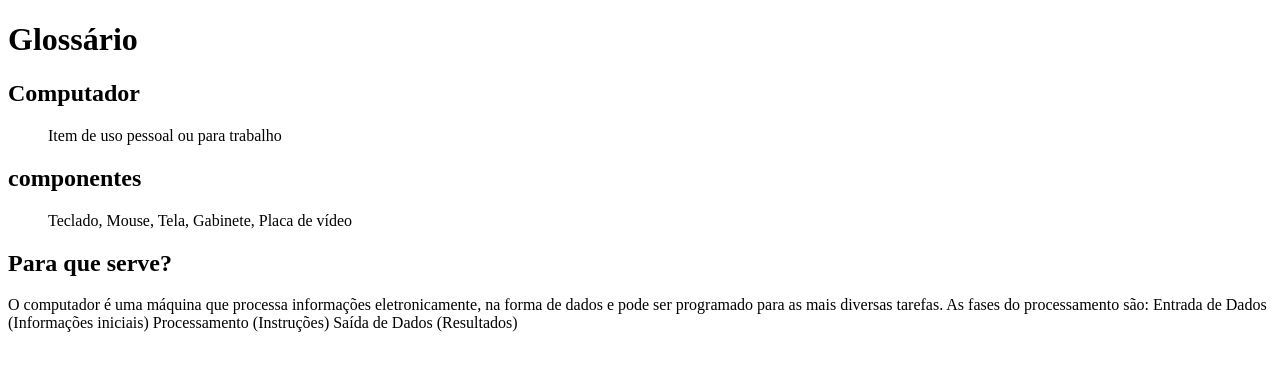
Repository: RenatoCCS/Mais1Code
Page: Rocketseat/Fundamentar/01 - O guia estelar de HTML/Desafios/1_Glossario/glossary.html
An editor plug-in stored every save of this project. The page is shown before and after a run of saves, followed by the edit.
The browser window is 1280 px wide. The pictures show the whole page.

Above is the page before, as saved 2022-04-18 20:46:27.

### Rocketseat/Fundamentar/01 - O guia estelar de HTML/Desafios/1_Glossario/glossary.html
<!DOCTYPE html>
<html lang="pt-br">
<head>
    <meta charset="UTF-8">
    <meta http-equiv="X-UA-Compatible" content="IE=edge">
    <meta name="viewport" content="width=device-width, initial-scale=1.0">
    <title>Glossário</title>
</head>
<body>

    <h1>Glossário</h1>
<dl>
    <h2><dt>Computador</dt></h2>
    <dd>Item de uso pessoal ou para trabalho</dd>

    <h2><dt>componentes</dt></h2>
    <dd>Teclado, Mouse, Tela, Gabinete, Placa de vídeo</dd>

<h2><dt>Para que serve?</dt></h2>
<dd><p></p></dd>
    O computador é uma máquina que processa informações eletronicamente, na forma de dados e pode ser programado para as mais diversas tarefas.

    As fases do processamento são:

    Entrada de Dados (Informações iniciais)

    Processamento (Instruções)

    Saída de Dados (Resultados)

</dl>



</body>
</html>

After the next 2 saves:
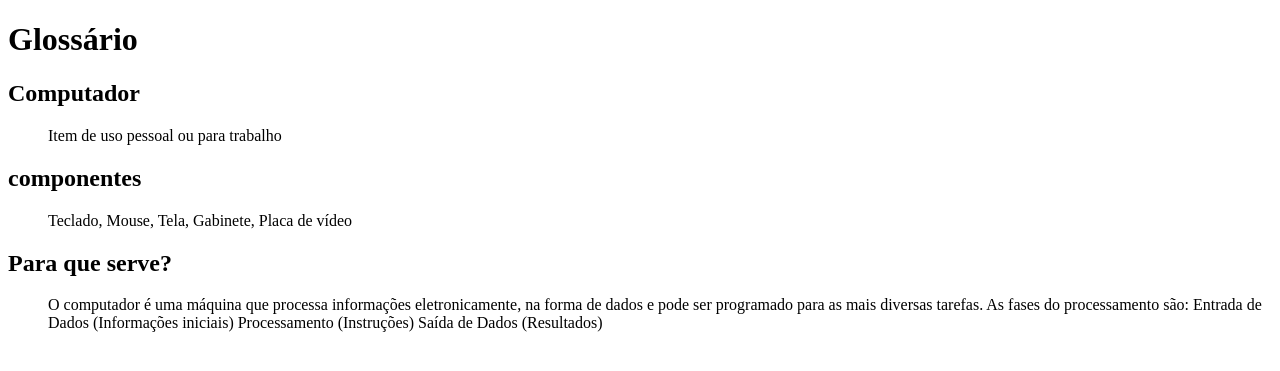
The 2 saves are shown as one change because they came seconds apart.
The last was saved 7 s later.
--- a/Rocketseat/Fundamentar/01 - O guia estelar de HTML/Desafios/1_Glossario/glossary.html
+++ b/Rocketseat/Fundamentar/01 - O guia estelar de HTML/Desafios/1_Glossario/glossary.html
@@ -17,8 +17,7 @@
     <dd>Teclado, Mouse, Tela, Gabinete, Placa de vídeo</dd>
 
 <h2><dt>Para que serve?</dt></h2>
-<dd><p></p></dd>
-    O computador é uma máquina que processa informações eletronicamente, na forma de dados e pode ser programado para as mais diversas tarefas.
+<dd><p>O computador é uma máquina que processa informações eletronicamente, na forma de dados e pode ser programado para as mais diversas tarefas.
 
     As fases do processamento são:
 
@@ -26,7 +25,8 @@
 
     Processamento (Instruções)
 
-    Saída de Dados (Resultados)
+    Saída de Dados (Resultados)</p></dd>
+
 
 </dl>
 
